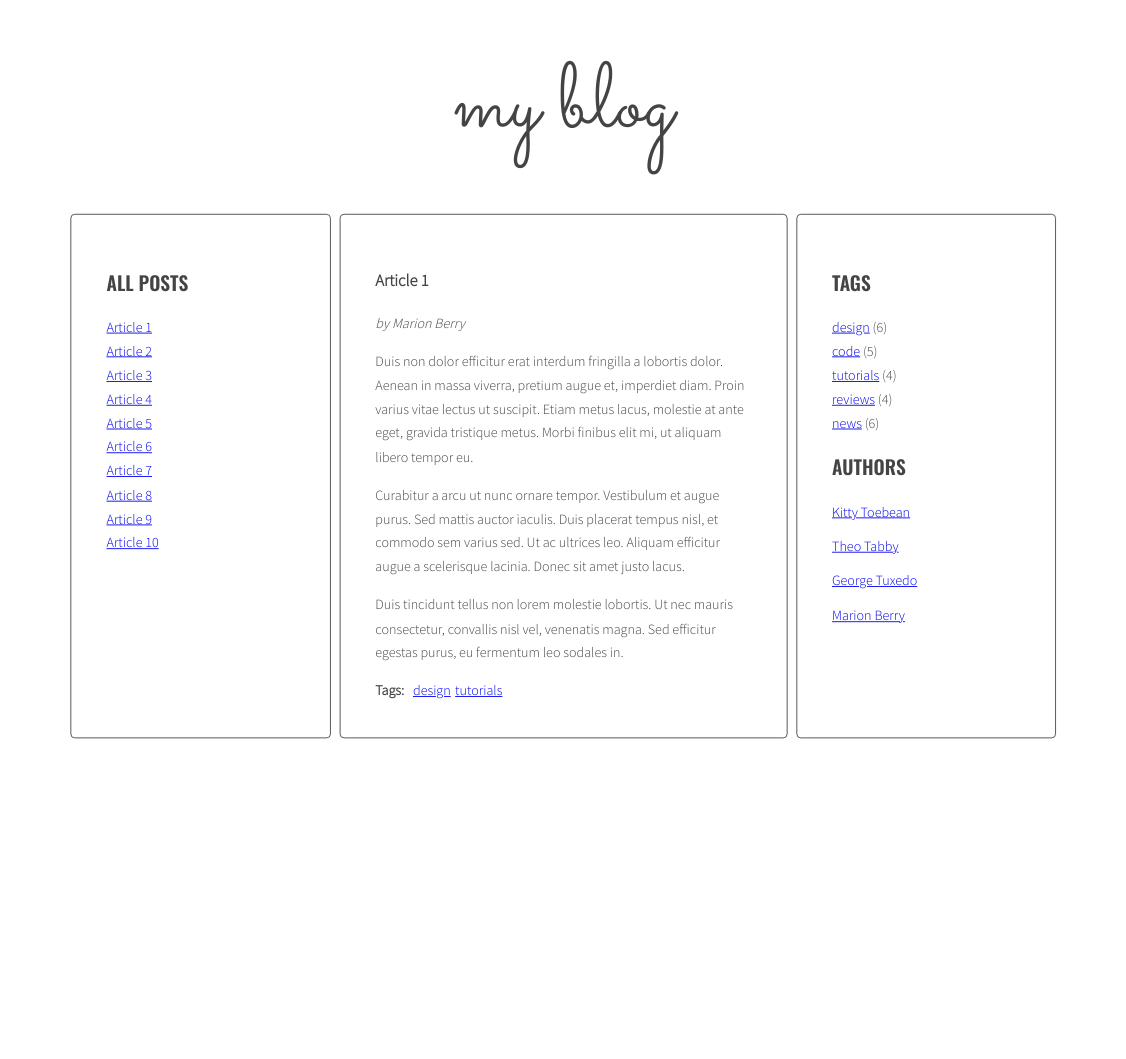
Repository: ulasup/javascript-blog
Page: index.html
These files come from the project's save history. The page is drawn as it stood at one moment and after the next save; the edit follows.
The browser window is 1280 px wide. The pictures show the whole page, at 88% of full size.
The style sheet was rebuilt from its Sass, Less or Tailwind sources for each picture, by a compiler version that may differ from the author's.

Above is the page before, as saved 2020-12-19 16:08:08.

### index.html
<!DOCTYPE html>
<html  lang="en">
    <head>
        <meta charset="UTF-8">
        <title>Film blog</title>
        <link rel="stylesheet" href="css/style.css">
    </head>
    <body>
        <div class="blog">
            <div class="container">
              <h1 class="logo">my blog</h1>
              <main class="wrapper">
                <aside class="sidebar">
                  <h2 class="section-title">All posts</h2>
                  <ul class="list titles">
                  </ul>
                </aside>
                <section class="posts">
                  <article class="post active" id="article-1" data-tags="design tutorials">
                    <h3 class="post-title">Article 1</h3>
                    <p class="post-author">by Marion Berry</p>
                    <div class="post-content">
                      <p>Duis non dolor efficitur erat interdum fringilla a lobortis dolor. Aenean in massa viverra, pretium augue et, imperdiet diam. Proin varius vitae lectus ut suscipit. Etiam metus lacus, molestie at ante eget, gravida tristique metus. Morbi finibus elit mi, ut aliquam libero tempor eu.</p>
                      <p>Curabitur a arcu ut nunc ornare tempor. Vestibulum et augue purus. Sed mattis auctor iaculis. Duis placerat tempus nisl, et commodo sem varius sed. Ut ac ultrices leo. Aliquam efficitur augue a scelerisque lacinia. Donec sit amet justo lacus.</p>
                      <p>Duis tincidunt tellus non lorem molestie lobortis. Ut nec mauris consectetur, convallis nisl vel, venenatis magna. Sed efficitur egestas purus, eu fermentum leo sodales in.</p>
                    </div>
                    <div class="post-tags">
                      <p><strong>Tags:</strong></p>
                      <ul class="list list-horizontal">
                      </ul>
                    </div>
                  </article>
                  <article class="post" id="article-2" data-tags="news code">
                    <h3 class="post-title">Article 2</h3>
                    <p class="post-author">by Theo Tabby</p>
                    <div class="post-content">
                      <p>Phasellus sollicitudin, arcu vel iaculis ullamcorper, quam leo viverra orci, et faucibus quam sapien vel est. Maecenas ac suscipit elit. Nullam interdum, lorem vitae venenatis pulvinar, ex dui malesuada nunc, tempus cursus enim metus vel nulla.</p>
                      <p>Integer hendrerit, eros id efficitur dapibus, ante arcu ullamcorper orci, a iaculis felis turpis at purus. Quisque sodales posuere sapien vel consectetur. Duis dui urna, commodo non ante nec, mattis dictum enim. Donec aliquam erat sed diam lobortis, vel gravida lacus laoreet. Phasellus pretium maximus mi, eu posuere justo suscipit vel.</p>
                      <p>Nam magna nisl, varius in malesuada vitae, facilisis vel metus. Proin rhoncus euismod leo dictum lobortis. Suspendisse non ante sapien.</p>
                    </div>
                    <div class="post-tags">
                      <p><strong>Tags:</strong></p>
                      <ul class="list list-horizontal">
                      </ul>
                    </div>
                  </article>
                  <article class="post" id="article-3" data-tags="news reviews design">
                    <h3 class="post-title">Article 3</h3>
                    <p class="post-author">by George Tuxedo</p>
                    <div class="post-content">
                      <p>Mauris vel pellentesque turpis, ac sodales nisl. Quisque iaculis mi velit, ut convallis tellus accumsan a. Quisque iaculis, nisi et dignissim tincidunt, nisl eros euismod nulla, finibus laoreet erat enim posuere elit.</p>
                      <p>Aenean at semper urna. Duis vel sapien molestie, egestas diam consequat, molestie nulla. Praesent a malesuada metus. Praesent et tempus leo.</p>
                      <p>Mauris in eleifend neque, vitae eleifend velit. Maecenas purus est, bibendum eget imperdiet id, dictum sed ante. Aenean a magna et eros sagittis aliquet.</p>
                    </div>
                    <div class="post-tags">
                      <p><strong>Tags:</strong></p>
                      <ul class="list list-horizontal">
                      </ul>
                    </div>
                  </article>
                  <article class="post" id="article-4" data-tags="tutorials code design">
                    <h3 class="post-title">Article 4</h3>
                    <p class="post-author">by Kitty Toebean</p>
                    <div class="post-content">
                      <p>Morbi vel cursus nulla, vel varius mauris. Suspendisse sed elit sit amet risus faucibus vestibulum ut sit amet purus. Donec orci est, condimentum ut quam quis, scelerisque fringilla ligula.</p>
                      <p>Quisque bibendum nisl id quam sagittis, id pretium dolor scelerisque. Suspendisse non odio nec velit dapibus placerat non a libero.</p>
                      <p>Vivamus at tristique ex, feugiat sagittis ex. Cras cursus, ipsum et efficitur commodo, urna sapien rutrum magna, quis sodales justo ligula eget nunc. In hac habitasse platea dictumst.</p>
                    </div>
                    <div class="post-tags">
                      <p><strong>Tags:</strong></p>
                      <ul class="list list-horizontal">
                      </ul>
                    </div>
                  </article>
                  <article class="post" id="article-5" data-tags="design reviews">
                    <h3 class="post-title">Article 5</h3>
                    <p class="post-author">by Marion Berry</p>
                    <div class="post-content">
                      <p>Suspendisse sem eros, euismod condimentum arcu ac, consequat fermentum orci. Nam convallis lacus nec interdum vestibulum. Vestibulum luctus, quam eu tristique ornare, lorem nibh sodales enim, vitae tempor dolor ante vitae tortor.</p>
                      <p>Duis venenatis metus quis luctus lobortis. In porttitor ipsum eget ligula aliquam ornare. Cras malesuada urna id volutpat sodales.</p>
                      <p>Donec lobortis ultricies turpis, eu viverra magna gravida quis. Fusce sit amet pretium nulla. Duis rutrum metus vel libero sodales, pellentesque varius ex pulvinar.</p>
                    </div>
                    <div class="post-tags">
                      <p><strong>Tags:</strong></p>
                      <ul class="list list-horizontal">
                      </ul>
                    </div>
                  </article>
                  <article class="post" id="article-6" data-tags="reviews code">
                    <h3 class="post-title">Article 6</h3>
                    <p class="post-author">by George Tuxedo</p>
                    <div class="post-content">
                      <p>Donec posuere iaculis ante sed hendrerit. Lorem ipsum dolor sit amet, consectetur adipiscing elit. Quisque hendrerit neque nec urna tincidunt, quis vehicula dui vulputate. Morbi est sapien, auctor ut lectus eu, placerat viverra lorem.</p>
                      <p>Cras consectetur at erat id accumsan. Suspendisse lacinia in nulla quis vulputate. Nunc vitae consectetur augue. Nam ut vehicula mi. Aliquam tristique, purus in hendrerit porta, elit lectus finibus mi, vel malesuada nisl lectus a libero.</p>
                      <p>Nam quis efficitur ante. Sed eget purus quis ex commodo porta eu sit amet dolor. Mauris tellus nisl, dictum nec est vitae, condimentum ornare ante. Fusce ornare hendrerit maximus. In maximus rhoncus justo.</p>
                    </div>
                    <div class="post-tags">
                      <p><strong>Tags:</strong></p>
                      <ul class="list list-horizontal">
                      </ul>
                    </div>
                  </article>
                  <article class="post" id="article-7" data-tags="code news">
                    <h3 class="post-title">Article 7</h3>
                    <p class="post-author">by Kitty Toebean</p>
                    <div class="post-content">
                      <p>Donec eleifend mauris ac nisl fermentum, ac fermentum turpis dignissim. Aliquam diam nisl, imperdiet a varius eget, lobortis sed nisi. Nullam suscipit ipsum sed magna blandit, sed pellentesque urna malesuada.</p>
                      <p>Duis vestibulum arcu et lectus viverra porta. Praesent tempor lacus eget quam mattis, sit amet venenatis diam ultrices. Morbi gravida sapien quis ligula tincidunt, vel sagittis erat ultrices.</p>
                      <p>Ut orci tellus, laoreet ac diam ut, tempus bibendum nisi. Nam egestas sagittis nibh. Curabitur tristique dui quis egestas pretium. Duis eu felis orci.</p>
                    </div>
                    <div class="post-tags">
                      <p><strong>Tags:</strong></p>
                      <ul class="list list-horizontal">
                      </ul>
                    </div>
                  </article>
                  <article class="post" id="article-8" data-tags="news design tutorials">
                    <h3 class="post-title">Article 8</h3>
                    <p class="post-author">by Theo Tabby</p>
                    <div class="post-content">
                      <p>Praesent quis imperdiet erat. Curabitur tempor sapien a interdum malesuada. Proin libero erat, sagittis a sollicitudin eget, pulvinar nec risus. Cras et suscipit sem.</p>
                      <p>Maecenas consequat diam nec sollicitudin congue. Aenean porttitor porttitor quam, condimentum interdum metus congue sed. Donec at nulla ipsum.</p>
                      <p>Mauris non congue dui. Aenean ac eros vitae massa vulputate aliquet ut ac elit. Morbi iaculis auctor nunc aliquet luctus. Nunc tincidunt sem dui, quis interdum leo pellentesque eget. Fusce id leo varius, imperdiet nunc vitae, tristique mi. Mauris quis interdum justo. Mauris auctor purus eu leo faucibus feugiat. Nulla at odio vitae leo semper blandit.</p>
                    </div>
                    <div class="post-tags">
                      <p><strong>Tags:</strong></p>
                      <ul class="list list-horizontal">
                      </ul>
                    </div>
                  </article>
                  <article class="post" id="article-9" data-tags="news tutorials">
                    <h3 class="post-title">Article 9</h3>
                    <p class="post-author">by Marion Berry</p>
                    <div class="post-content">
                      <p>Tam et facilisis purus. Donec vulputate est quis lobortis posuere. Nunc vitae lorem ut odio faucibus pulvinar nec in justo. Ut ut ante ac tellus ornare tempus. Nunc maximus, tortor et dictum convallis, nunc libero posuere leo, scelerisque ultrices arcu sapien ut tellus.</p>
                      <p>Fusce lacinia augue massa, non tincidunt tortor auctor quis. Vestibulum ut pretium nisl. Etiam id tellus tempus, commodo ligula vehicula, porta magna.</p>
                      <p>Donec fringilla blandit dolor vel aliquet. Fusce tortor sapien, lobortis eu vehicula sit amet, dignissim et lectus. In ullamcorper metus vel massa fermentum, at fermentum dui sollicitudin. Nullam lacinia elit vel tortor ullamcorper pulvinar.</p>
                    </div>
                    <div class="post-tags">
                      <p><strong>Tags:</strong></p>
                      <ul class="list list-horizontal">
                      </ul>
                    </div>
                  </article>
                  <article class="post" id="article-10" data-tags="code design news reviews">
                    <h3 class="post-title">Article 10</h3>
                    <p class="post-author">by George Tuxedo</p>
                    <div class="post-content">
                      <p>Aliquam erat volutpat. Ut non eleifend lectus. Donec suscipit tellus tempor, ornare dui id, hendrerit neque. Phasellus lacinia laoreet dui in luctus. Sed hendrerit, magna sit amet varius tempor, augue augue scelerisque est, non scelerisque mauris libero eu sapien.</p>
                      <p>Sed at sapien in quam sollicitudin aliquam. In interdum metus a mi porttitor luctus. Sed commodo, arcu id lacinia posuere, felis elit pharetra urna, at feugiat est orci sit amet libero. Quisque in nisl est. Nullam vehicula at lectus non luctus. Cras aliquam neque magna, at varius nisi egestas ut.</p>
                      <p>Rhoncus purus nulla, non auctor lacus placerat ut. Aliquam condimentum eget magna ac gravida. Etiam egestas faucibus urna et finibus. Cras vel tellus vel magna suscipit euismod. Maecenas id arcu ante. Duis iaculis scelerisque erat, at ullamcorper arcu consectetur eu. Fusce aliquam diam at arcu pharetra, vel fermentum nunc lobortis.</p>
                    </div>
                    <div class="post-tags">
                      <p><strong>Tags:</strong></p>
                      <ul class="list list-horizontal">
                      </ul>
                    </div>
                  </article>
                </section>
                <aside class="sidebar">
                  <h2 class="section-title">Tags</h2>
                  <ul class="list tags">
                    <li><a href="#">design</a> <span>(6)</span></li>
                    <li><a href="#">code</a> <span>(5)</span></li>
                    <li><a href="#">tutorials</a> <span>(4)</span></li>
                    <li><a href="#">reviews</a> <span>(4)</span></li>
                    <li><a href="#">news</a> <span>(6)</span></li>
                  </ul>
                  <h2 class="section-title">Authors</h2>
                  <ul class="list authors">
                    <li>
                      <a href="#">
                        <span class="author-name">Kitty Toebean</span>
                      </a>
                    </li>
                    <li>
                      <a href="#">
                        <span class="author-name">Theo Tabby</span>
                      </a>
                    </li>
                    <li>
                      <a href="#">
                        <span class="author-name">George Tuxedo</span>
                      </a>
                    </li>
                    <li>
                      <a href="#">
                        <span class="author-name">Marion Berry</span>
                      </a>
                    </li>
                  </ul>
                </aside>
              </main>
            </div>
          </div>
    <script src="js/script.js"></script>
    </body>
</html>

### js/script.js
'use strict';

function titleClickHandler(event){
  event.preventDefault();

  const activeLinks = document.querySelectorAll('.titles a.active');
  for(let activeLink of activeLinks){
    activeLink.classList.remove('active');
  }

  const clickedElement = this;
  clickedElement.classList.add('active');

  const activeArticles = document.querySelectorAll('.post.active');
  for(let activeArticle of activeArticles){
    activeArticle.classList.remove('active');
  }

  const articleSelector = clickedElement.getAttribute('href');
  const targetArticle = document.querySelector(articleSelector);
  targetArticle.classList.add('active');
}

const optArticleSelector = '.post',
  optTitleSelector = '.post-title',
  optTitleListSelector = '.titles',
  optArticleTagsSelector = '.post-tags .list';

function generateTitleLinks(customSelector = ''){

  const titleList = document.querySelector(optTitleListSelector);
  titleList.innerHTML = '';

  const articles = document.querySelectorAll(optArticleSelector + customSelector);
  let html = '';
  for (let article of articles){
    const articleId = article.getAttribute('id');
    const articleTitle = article.querySelector(optTitleSelector).innerHTML;
    const linkHTML = '<li><a href="#' + articleId + '"><span>' + articleTitle + '</span></a></li>';
    html = html + linkHTML;
  }
  titleList.innerHTML = html;

  const links = document.querySelectorAll('.titles a');
  for(let link of links){
    link.addEventListener('click', titleClickHandler);
  }
}

generateTitleLinks();


function generateTags(){
  const articles = document.querySelectorAll(optArticleSelector);
  for (let article of articles){
    const tagList = article.querySelector(optArticleTagsSelector);
    let html = '';
    const articleTags = article.getAttribute('data-tags');
    const articleTagsArray = articleTags.split(' ');
    for (let tag of articleTagsArray){
      const linkHTML = '<li><a href="#tag-' + tag + '"><span>' + tag + '</span></a></li>';
      html = html + linkHTML;
    }
    tagList.innerHTML = html;
  }
}

generateTags();

function tagClickHandler(event){
  event.preventDefault();

  const clickedElement = this;
  const href = clickedElement.getAttribute('href');
  const tag = href.replace('#tag-', '');

  const activeTags = document.querySelectorAll('a.active[href^="#tag-"]');
  for(let activeTag of activeTags){
    activeTag.classList.remove('active');
  }

  const tagLinks = document.querySelectorAll('a[href="' + href + '"]');
  for (let tagLink of tagLinks){
    tagLink.classList.add('active');
  }

  generateTitleLinks('[data-tags~="' + tag + '"]');
}

function addClickListenersToTags(){
  const links =  document.querySelectorAll('.list');
  for(let link of links){
    link.addEventListener('click', tagClickHandler);
  }
}

addClickListenersToTags();

### sass/style.scss
@import url('https://fonts.googleapis.com/css?family=Oswald:400,600|Sacramento|Source+Sans+Pro:300&subset=latin-ext');

/* Variables */

$color-light: #fff;
$color-dark: #444;

$font-logo: 'Sacramento', cursive;
$font-header: 'Oswald', sans-serif;
$font-text: 'Source Sans Pro', sans-serif;

/* Global */

*, *::before, *::after {
  box-sizing: border-box;
}

body {
  background: $color-light;
  font-family: $font-text;
  color: $color-dark;
  font-weight: 300;
  font-size: 16px;
  line-height: 1.7;
}

.container {
  max-width: 1140px;
  margin: 0 auto;
}

.section-title {
  font-size: 22px;
  text-transform: uppercase;
  font-family: $font-header;
  font-weight: 600;

  span {
    text-transform: none;
    font-weight: 400;
    color: lighten($color-dark, 20%);
  }
}

/* Layout */

.wrapper {
  display: flex;
  margin-left: 10px;
}

.sidebar {
  flex: 1 0 0;
}

.posts {
  flex: 2 0 0;
}

.sidebar, .posts {
  background: $color-light;
  margin-right: 10px;
  padding: 40px;
  border: 1px solid $color-dark;
  border-radius: 5px;
}

/* Logo */

.logo {
  font-family: $font-logo;
  font-weight: 400;
  font-size: 104px;
  line-height: 1;
  text-align: center;
}

/* Lists */

.list {
  list-style-type: none;
  margin: 0;
  padding: 0;

  .active {
    font-weight: bold;
  }
}

.list-horizontal {
  li {
    display: inline-block;
    margin-right: 5px;
  }
}

/* Authors */

.authors {
  li {
    margin-bottom: 12px;
  }
}

/* Post */

.post {
  z-index: 1;
  position: absolute;
  opacity: 0;

  &.active {
    z-index: 2;
    position: relative;
    opacity: 1;
    transition: opacity 1s;
  }
}

.post-author {
  font-style: italic;
}

.post-tags {
  display: flex;

  p {
    margin: 0 10px 0 0;
  }
}

After the next save:
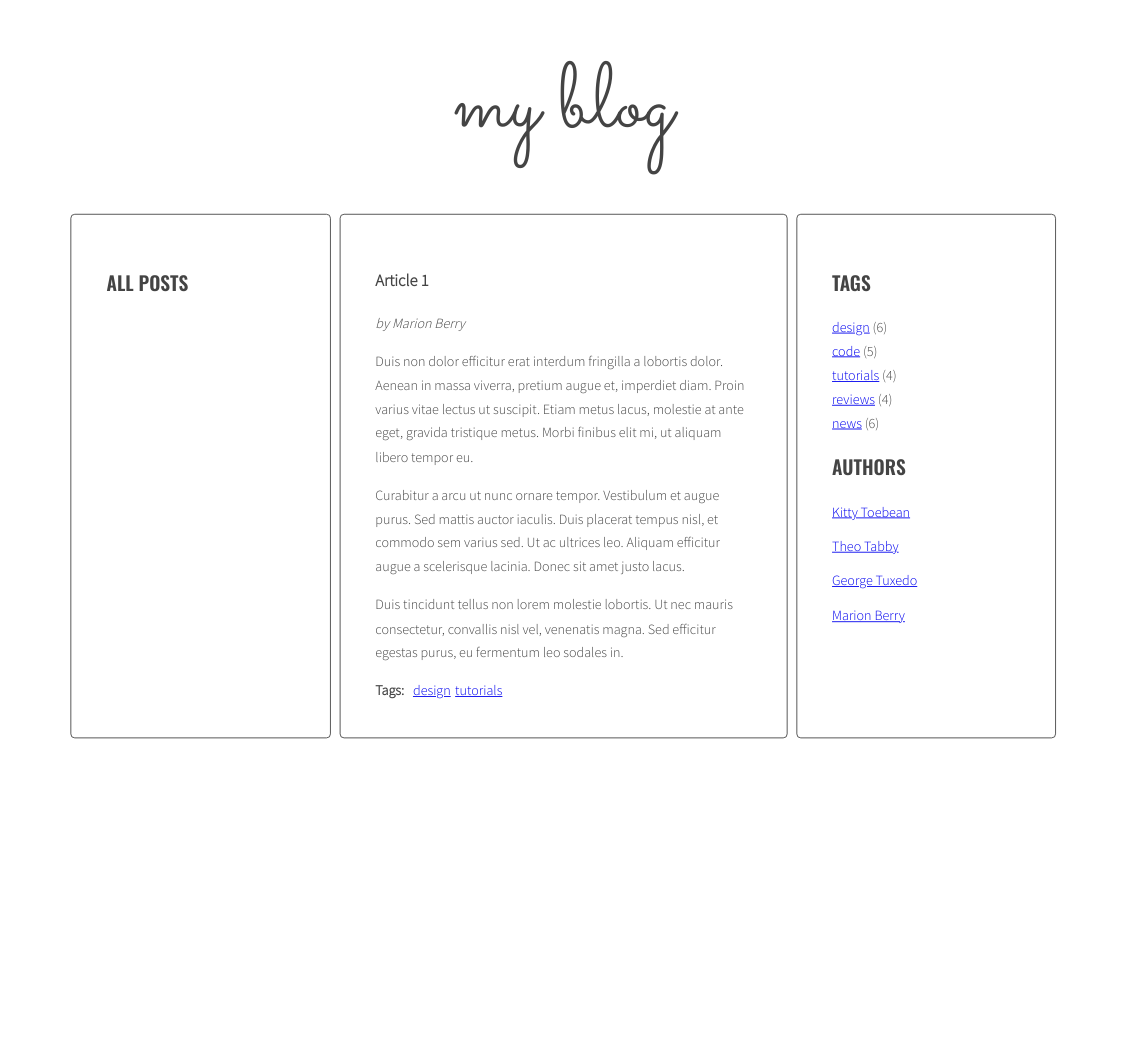
Saved 2 min 23 s later.
--- a/js/script.js
+++ b/js/script.js
@@ -47,7 +47,6 @@
   }
 }
 
-generateTitleLinks();
 
 
 function generateTags(){

After the save that followed:
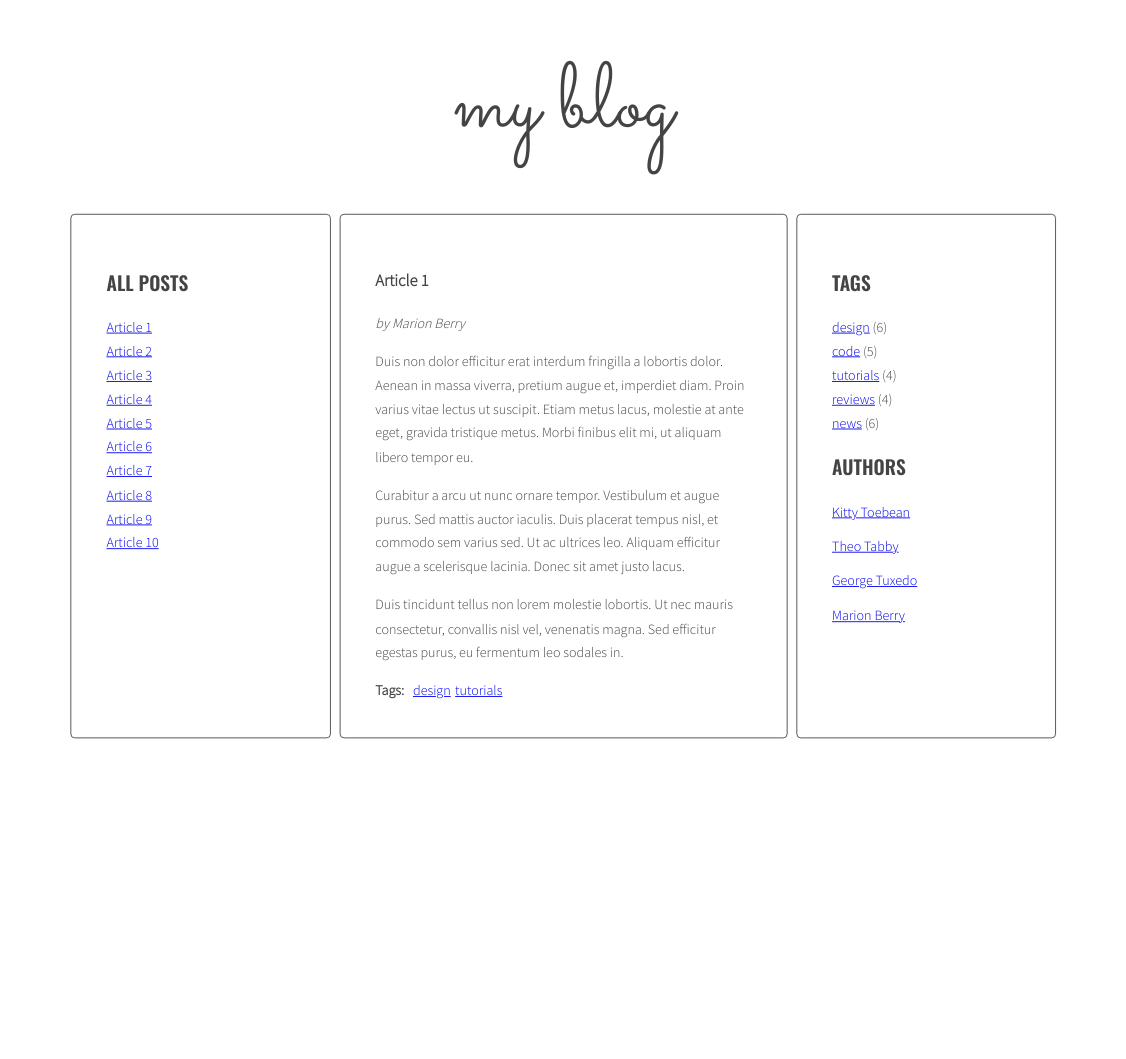
Saved 7 s later.
--- a/js/script.js
+++ b/js/script.js
@@ -47,6 +47,7 @@
   }
 }
 
+generateTitleLinks();
 
 
 function generateTags(){
